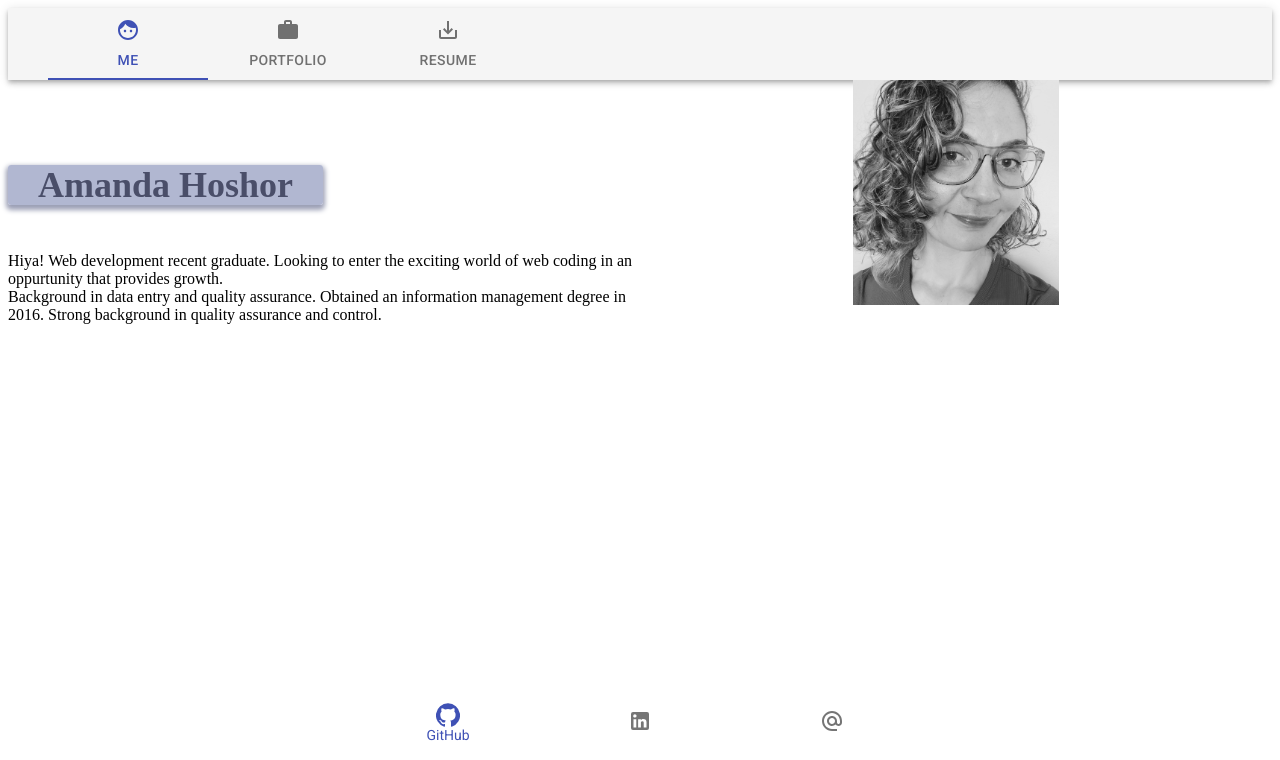
Repository: mandahos/hoshor
Page: /
An editor plug-in stored every save of this project. The page is shown before and after the next save, followed by the edit.
The browser window is 1280 px wide. The pictures show the whole page.
The project was rebuilt for these pictures with package versions that can differ from the ones it lists, and the page was loaded fresh each time. Also part of the build but not shown: src/components/Portfolio/index.js, src/components/Resume/index.js. Imported but missing from the stored project, and not drawn on this page: src/assets/resume/Amanda_Hoshor_Resume.PDF, src/assets/resume/Resume_Hoshor (1).pdf.

Above is the page before, as saved 2021-08-22 08:31:47.

### public/index.html
<!DOCTYPE html>
<html lang="en">
  <head>
    <meta charset="utf-8" />
    <link rel="icon" href="%PUBLIC_URL%/favicon.ico" />
    <meta name="viewport" content="width=device-width, initial-scale=1" />
    <meta name="theme-color" content="#000000" />
    <meta
      name="description"
      content="Web site created using create-react-app"
    />
    <link rel="apple-touch-icon" href="%PUBLIC_URL%/logo192.png" />
    <link rel="stylesheet" href="https://fonts.googleapis.com/css?family=Roboto:300,400,500,700&display=swap" />

    <!--
      manifest.json provides metadata used when your web app is installed on a
      user's mobile device or desktop. See https://developers.google.com/web/fundamentals/web-app-manifest/
    -->

    <link rel="stylesheet" href="https://fonts.googleapis.com/icon?family=Material+Icons" />
    <link rel="manifest" href="%PUBLIC_URL%/manifest.json" />
    <!--
      Notice the use of %PUBLIC_URL% in the tags above.
      It will be replaced with the URL of the `public` folder during the build.
      Only files inside the `public` folder can be referenced from the HTML.

      Unlike "/favicon.ico" or "favicon.ico", "%PUBLIC_URL%/favicon.ico" will
      work correctly both with client-side routing and a non-root public URL.
      Learn how to configure a non-root public URL by running `npm run build`.
    -->
    <title>Hoshor</title>
  </head>
  <body>
    <noscript>You need to enable JavaScript to run this app.</noscript>
    <div id="root"></div>
    <!--
      This HTML file is a template.
      If you open it directly in the browser, you will see an empty page.

      You can add webfonts, meta tags, or analytics to this file.
      The build step will place the bundled scripts into the <body> tag.

      To begin the development, run `npm start` or `yarn start`.
      To create a production bundle, use `npm run build` or `yarn build`.
    -->
  </body>
</html>

### src/index.js
import React from 'react';
import ReactDOM from 'react-dom';
import './css/styles.css';
import App from './App';

ReactDOM.render(
  <React.StrictMode>
    <App />

  </React.StrictMode>,
  document.getElementById('root')
);

// If you want to start measuring performance in your app, pass a function
// to log results (for example: reportWebVitals(console.log))
// or send to an analytics endpoint. Learn more: https://bit.ly/CRA-vitals

### src/css/styles.css
.App {
  font-family: Arial, Helvetica, sans-serif;
  text-align: center;
  background-color: #7A6174;
  color: white
}
h1 {
  font-size: 48px;

}
h2 {
  font-size: 14px
}
.About {
  font-family: Cambria, Cochin, Georgia, Times, 'Times New Roman', serif
}
h3 {
  text-align: left;
}

p {
  text-align: left;
}

### src/App.js
import React, { useState } from "react";
import "./css/styles.css";
import  Navigation from "./components/Navigation";
import  Footer  from "./components/Footer";
import { makeStyles } from '@material-ui/core/styles';


// import background from "./assets/images/plug.png"


export default function App() {

  return (
    <div >
      <Navigation />



        <Footer />
    </div>
  )
}

### src/components/Navigation/index.js
import React from 'react';
import PropTypes from 'prop-types';
import { makeStyles } from '@material-ui/core/styles';
import AppBar from '@material-ui/core/AppBar';
import Tabs from '@material-ui/core/Tabs';
import Tab from '@material-ui/core/Tab';

import FaceIcon from '@material-ui/icons/Face';
import WorkIcon from '@material-ui/icons/Work';
import SaveAltIcon from '@material-ui/icons/SaveAlt';

import Typography from '@material-ui/core/Typography';
import Box from '@material-ui/core/Box';

import Me from '../Me/index'
import Portfolio from '../Portfolio/index'
import Resume from '../Resume/index'

function TabPanel(props) {
  const { children, value, index, ...other } = props;

  return (
    <div
      role="tabpanel"
      hidden={value !== index}
      id={`scrollable-force-tabpanel-${index}`}
      aria-labelledby={`scrollable-force-tab-${index}`}
      {...other}
    >
      {value === index && (
        <Box p={3}>
          <Typography>{children}</Typography>
        </Box>
      )}
    </div>
  );
}

TabPanel.propTypes = {
  children: PropTypes.node,
  index: PropTypes.any.isRequired,
  value: PropTypes.any.isRequired,
};

function a11yProps(index) {
  return {
    id: `scrollable-force-tab-${index}`,
    'aria-controls': `scrollable-force-tabpanel-${index}`,
  };
}

const useStyles = makeStyles((theme) => ({
  root: {
    flexGrow: 1,
    width: '100%',
    backgroundColor: theme.palette.background.paper,
  },
}));

export default function ScrollableTabsButtonForce() {
  const classes = useStyles();
  const [value, setValue] = React.useState(0);

  const handleChange = (event, newValue) => {
    setValue(newValue);
  };


  return (
    <>
      <div className={classes.root}>
        <AppBar position="static" color="default">
          <Tabs
            value={value}
            onChange={handleChange}
            variant="scrollable"
            scrollButtons="on"
            indicatorColor="primary"
            textColor="primary"
            aria-label="scrollable force tabs example"
          >

            <Tab label="Me" icon={<FaceIcon />} {...a11yProps(0)} />
            <Tab label="Portfolio" icon={<WorkIcon />} {...a11yProps(1)} />
            <Tab label="Resume" icon={<SaveAltIcon />} {...a11yProps(2)} />
          </Tabs>
        </AppBar>


        {value === 0 && <Me />}
        {value === 1 && <Portfolio />}
        {value === 2 && <Resume />}

      </div>
    </>
  );
}

### src/components/Footer/index.js
import React from 'react';
import { makeStyles } from '@material-ui/core/styles';
import BottomNavigation from '@material-ui/core/BottomNavigation';
import BottomNavigationAction from '@material-ui/core/BottomNavigationAction';
import LinkedInIcon from '@material-ui/icons/LinkedIn';
import GitHubIcon from '@material-ui/icons/GitHub';
import AlternateEmailIcon from '@material-ui/icons/AlternateEmail';
import CSS from './footer.css'

const useStyles = makeStyles({
  root: {
    width: 500,


  },
});

export default function LabelBottomNavigation() {
  const footer = useStyles();
  const [value, setValue] = React.useState('recents');

  const handleChange = (event, newValue) => {
    setValue(newValue);
  };

  return (
    <BottomNavigation value={value} onChange={handleChange} className={footer}>
      <BottomNavigationAction a href="https://github.com/mandahos" label="GitHub" value="recents" icon={<GitHubIcon />} />
      <BottomNavigationAction a href="https://www.linkedin.com/in/amanda-hoshor/" label="LinkedIn" value="favorites" icon={<LinkedInIcon />} />
      <BottomNavigationAction a href="mailto:hoshor.manda@gmail.com" label="Email" value="nearby" icon={<AlternateEmailIcon />} />

    </BottomNavigation>
  );
}

### src/components/Me/index.js
import React from 'react';
import {
  Container,
  Stack,
  Flex,
  Box,
  Heading,
  Text,
  Image

} from '@chakra-ui/react';
import { makeStyles } from '@material-ui/core/styles';


import picture from '../../assets/images/portfolio.jpg'

const useStyles = makeStyles({
  header: {
    background: '#b1b7d1',
    border: 0,
    borderRadius: 3,
    boxShadow: '0 3px 5px 2px #9b9fb5',

    color: '#4a4e69',
    height: 48,
    padding: '0 30px',

  },
  image: '#b1b7d1',
    border: 0,
    borderRadius: 3,
    boxShadow: '0 3px 5px 2px #9b9fb5',

    color: '#4a4e69',
    height: 48,
    padding: '30px',
});

const Me = () => {
  const classes = useStyles();
  return (

    <Container maxW={'7xl'} >
      <Stack
        align={'center'}
        spacing={{ base: 8, md: 10 }}
        py={{ base: 20, md: 28 }}
        direction={{ base: 'column', md: 'row' }}
        >

        <Stack flex={1} spacing={{ base: 5, md: 10 }}>
          <Heading
            lineHeight={1.1}
            fontWeight={800}
            fontSize={36}

            >
            <Text
              as={'span'}
              position={'relative'}
              _after={{
                content: "''",
                width: 'full',
                height: '80%',
                position: 'absolute',
                bottom: 1,
                left: 0,
                bg: 'red.400',
                zIndex: -1,


              }}
              className={classes.header}>
              Amanda Hoshor
            </Text>
            <br />

          </Heading>
          <Text color={'black.500'}>
            Hiya! Web development recent graduate. Looking to enter the exciting world of web coding in an oppurtunity that provides growth.
            <br/>
            Background in data entry and quality assurance. Obtained an information management degree in 2016. Strong background in quality assurance and control.
          </Text>
          <Stack
            spacing={{ base: 4, sm: 6 }}
            direction={{ base: 'column', sm: 'row' }}>

          </Stack>
        </Stack>
        <Flex
          flex={1}
          justify={'center'}
          align={'center'}
          position={'relative'}
          w={'full'}>

          <Box
            position={'relative'}
            height={'300px'}
            rounded={'2xl'}
            boxShadow={'2xl'}
            width={'full'}
            overflow={'hidden'}>

            <Image
              alt={'Me'}
              fit={'cover'}
              align={'center'}
              w={'100%'}
              h={'75%'}
              src={
                picture
              }

            />
          </Box>
        </Flex>
      </Stack>
    </Container>
  );
}

export default Me;

### src/components/Footer/footer.css
.root {
    display: block;
    margin-left: auto;
    margin-right: auto;
    margin-top: 25%;
    justify-content: center;
    position: relative;
    bottom: 0;

}

After the next save:
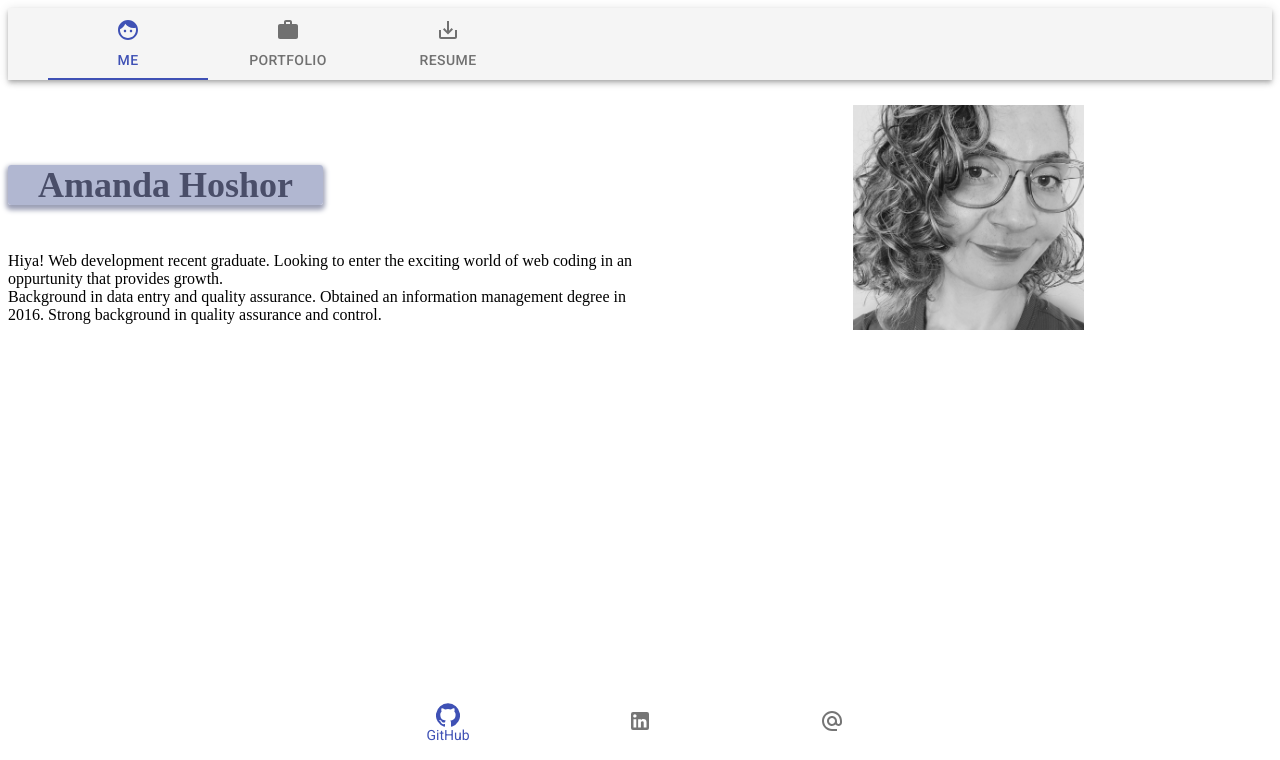
Saved 26 s later.
--- a/src/components/Me/index.js
+++ b/src/components/Me/index.js
@@ -106,6 +106,7 @@ const Me = () => {
               alt={'Me'}
               fit={'cover'}
               align={'center'}
+              padding={'25px'}
               w={'100%'}
               h={'75%'}
               src={
